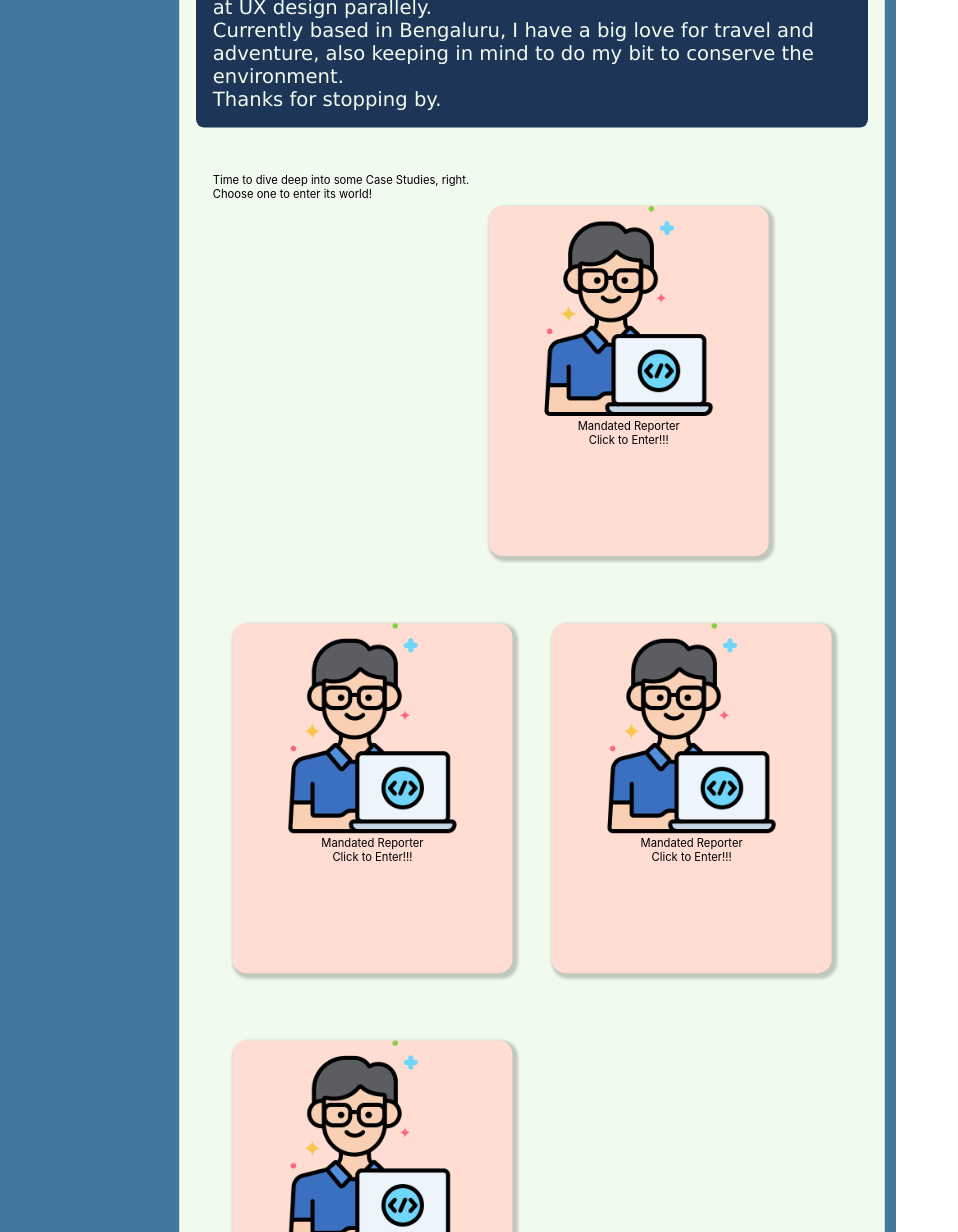
Repository: niranjangp/portfolioReact
Page: /
An editor plug-in stored every save of this project. The page is shown before and after the next save, followed by the edit.
The browser window is 1280 px wide. The page is 1368 px wide, so the pictures cover 1368 px, including what lies to the right of the window. The pictures show the part of the page from y = 905 to 2665 px (the page is 3183 px tall before and 2734 px after), at 70% of full size.
The project was rebuilt for these pictures with package versions that can differ from the ones it lists, and the page was loaded fresh each time. Also part of the build but not shown: src/pages/csOne.jsx, src/pages/notFound.jsx.

Above is the page before, as saved 2022-01-31 23:34:20.

### public/index.html
<!DOCTYPE html>
<html lang="en">
  <head>
    <meta charset="utf-8" />
    <!--<link rel="icon" href="%PUBLIC_URL%/favicon.ico" />-->
    <meta name="viewport" content="width=device-width, initial-scale=1" />
    <meta name="theme-color" content="#000000" />
    <meta
      name="description"
      content="Web site created using create-react-app"
    />
    <!--<link rel="apple-touch-icon" href="%PUBLIC_URL%/logo192.png" />-->
    <!--
      manifest.json provides metadata used when your web app is installed on a
      user's mobile device or desktop. See https://developers.google.com/web/fundamentals/web-app-manifest/
    -->
    <link rel="manifest" href="%PUBLIC_URL%/manifest.json" />
    <!--
      Notice the use of %PUBLIC_URL% in the tags above.
      It will be replaced with the URL of the `public` folder during the build.
      Only files inside the `public` folder can be referenced from the HTML.

      Unlike "/favicon.ico" or "favicon.ico", "%PUBLIC_URL%/favicon.ico" will
      work correctly both with client-side routing and a non-root public URL.
      Learn how to configure a non-root public URL by running `npm run build`.
    -->
    <title>Portfolio</title>
  </head>
  <body>
    <noscript>You need to enable JavaScript to run this app.</noscript>
    <div id="root"></div>
    <!--
      This HTML file is a template.
      If you open it directly in the browser, you will see an empty page.

      You can add webfonts, meta tags, or analytics to this file.
      The build step will place the bundled scripts into the <body> tag.

      To begin the development, run `npm start` or `yarn start`.
      To create a production bundle, use `npm run build` or `yarn build`.
    -->
  </body>
</html>

### src/index.css
body {
  margin: 0;
  font-family: -apple-system, BlinkMacSystemFont, 'Segoe UI', 'Roboto', 'Oxygen',
    'Ubuntu', 'Cantarell', 'Fira Sans', 'Droid Sans', 'Helvetica Neue',
    sans-serif;
  -webkit-font-smoothing: antialiased;
  -moz-osx-font-smoothing: grayscale;
  box-sizing: border-box;
}

code {
  font-family: source-code-pro, Menlo, Monaco, Consolas, 'Courier New',
    monospace;
}

p {
  margin: 0;
}

### src/App.js
import './App.css';

import { Route, NavLink, Switch, Redirect } from 'react-router-dom';
import EnterTheDesign from './pages/enterDesign';
import CSOne from './pages/csOne';
import NotFound from './pages/notFound';

function App() {
  const flatIconLink = "https://www.flaticon.com/free-icons/programmer";


  return (
    <div className='App'>
      <div className="containerOne">
        <nav className='navigation'>
          <div>
            <NavLink activeClassName="link-sel" to="/cs-one">1. Case Study</NavLink>
          </div>
          <div>
            <NavLink activeClassName="link-sel" to="/cs-two">Case t'w'o Study</NavLink>
          </div>
          <div>
            <NavLink activeClassName="link-sel" to="/cs-three">Case Study the third</NavLink>
          </div>
          <div>
            <NavLink activeClassName="link-sel" to="/cs-three">Case Study IV</NavLink>
          </div>


        </nav>
        <main className='mainOne'>
          <Switch>
            <Route exact path="/" ><Redirect to="/enter-the-design" /></Route>
            <Route path="/enter-the-design" ><EnterTheDesign /></Route>
            <Route exact path="/cs-one" ><CSOne /></Route>

            <Route path="*"><NotFound /></Route>
          </Switch>
          {/*<div className='firstRow'>
            <div className="width-60">
              <p className='fr-info'>NIRANJAN G P, IS A UI DEVELOPER AT DELOITTE USI</p>
            </div>
            <div className="width-40 img-block">
              <img src={avatarIcon} alt="avatar-icon" className='avtr-img' />
            </div>
          </div>
          <div className='sec-row'>
            <p>Hi, this is Niranjan.</p>
            <p>I Joined Deloitte USI as a campus recruit. Since then I've been part of many innovative and high-intensity projects, coordinating between multiple virtual teams to help complete client deliverables.</p>
            <p>I've been part of the FRONT-END community since 2017 and constantly learning and developing UI and gradually having a go at UX design parallely.</p>
            <p>Currently based in Bengaluru, I have a big love for travel and adventure, also keeping in mind to do my bit to conserve the environment.</p>
            <p>Thanks for stopping by.</p>
          </div>*/}

        </main>
        <footer>
          <div className='footer-info'>
            <p>Niranjan G P</p>
            <p>Design & Develop</p>
            <p>Please consider the Environment while printing.</p>
          </div>
          <div>
            <a href={flatIconLink} title="programmer icons">Programmer icons created by Flat Icons - Flaticon</a>
            {/*<a target="_blank" rel="noopener noreferrer" href={avatarLink}>Avatar</a> icon by <a target="_blank" rel="noopener noreferrer" href={icon8link}>Icons8</a>*/}
          </div>
        </footer>
      </div>

    </div>
  );
}

export default App;

### src/App.css
.containerOne {
  background-color: #45789d;
}

.mainOne {
  width: 75%;
  margin-left: 20%;
  background-color: #F1FAEE;
  height: 100%;
  border-radius: 1.5rem;
  padding:24px;
}

.fr-info {
  font-size: 3rem;
  font-family:'Gill Sans', 'Gill Sans MT', Calibri, 'Trebuchet MS', sans-serif;
  padding: 24px;
  color: #1d3557;
}

.firstRow {
  display: flex;
  align-items: center;
  margin-bottom: 1.5rem;
}

.width-60 {
  width: 60%;
}

.width-40 {
  width: 40%;
}

.fullWidth {
  width: 100%;
}

.img-block {
  text-align: center;
}

.sec-row {
  background-color: #1d3557;
  color: #f1faee;
  border-radius: 0.75rem;
  padding: 24px;
  font-family: 'Lucida Sans', 'Lucida Sans Regular', 'Lucida Grande', 'Lucida Sans Unicode', Geneva, Verdana, sans-serif;
  font-size: 28px;
}

.centered {
  margin: 3rem auto;
  text-align: center;
  display: flex;
  justify-content: center;
  align-items: center;
}

.linkSel {
  text-decoration: underline;
  font-weight: bold;
}

.third-row {
  display: flex;
  flex-wrap: wrap;
  padding: 64px 24px;
}

.card-box {
  width: 50%;
  text-align: center;
}

.card {
  width: 400px;
  height: 500px;
  background-color: #ffddd2;
  border-radius: 20px;
  box-shadow: 4px 4px 4px 4px rgba(0, 0, 0, 0.2);
  margin: 3rem auto;
  flex-grow: 1;
  flex-shrink: 1;
  transition: width 1s;
}

.card:hover {
  /*box-shadow: 4px 4px 4px 8px rgba(0, 0, 0, 0.2);*/
  width: 410px;
  height: 510px;
}

.card-icon {
  width: 300px;
}

.intro-cs {
  text-align: center;
  font-size: 40px;
  color: #1d3557;
}

footer {
  width: 75%;
  margin-left: 20%;
  background-color: #F1FAEE;
  height: 100%;
  border-radius: 1.5rem;
  padding:24px;
}
.footer-info {
  font-size: 1.5rem;
}

/*.containerOne {
  background-color: #F1FAEE;
}
.mainOne {
  background-color: #a8dadc;
  width: 75%;
  margin-left: 20%;
  /-*background-color: #45789d;*-/
  height: 660px;
}

.p1 {
  color: #1d3557;
}
.p2 {
  color: #f1faee;
}*/

/*.App-logo {
  height: 40vmin;
  pointer-events: none;
}

@media (prefers-reduced-motion: no-preference) {
  .App-logo {
    animation: App-logo-spin infinite 20s linear;
  }
}

.App-header {
  background-color: #282c34;
  min-height: 100vh;
  display: flex;
  flex-direction: column;
  align-items: center;
  justify-content: center;
  font-size: calc(10px + 2vmin);
  color: white;
}

.App-link {
  color: #61dafb;
}*/

@keyframes App-logo-spin {
  from {
    transform: rotate(0deg);
  }
  to {
    transform: rotate(360deg);
  }
}

### src/pages/enterDesign.jsx
import React from 'react';
import Icons from '../assets/programmer.png';

const enterDesign = () => {
    const avatarIcon = Icons;

    const navtoCardDet = () => {
        try {
            console.log('inside card det func');
        } catch (e) {
            console.log('Error in navToCardDet', e.stack());
        }
    }

    return (
        <React.Fragment>
            <div className='firstRow'>
                <div className="width-60">
                    <p className='fr-info'>NIRANJAN G P, IS A UI DEVELOPER AT DELOITTE USI</p>
                </div>
                <div className="width-40 img-block">
                    <img src={avatarIcon} alt="avatar-icon" className='avtr-img' />
                </div>
            </div>
            <div className='sec-row'>
                <p>Hi, this is Niranjan.</p>
                <p>I Joined Deloitte USI as a campus recruit. Since then I've been part of many innovative and high-intensity projects, coordinating between multiple virtual teams to help complete client deliverables.</p>
                <p>I've been part of the FRONT-END community since 2017 and constantly learning and developing UI and gradually having a go at UX design parallely.</p>
                <p>Currently based in Bengaluru, I have a big love for travel and adventure, also keeping in mind to do my bit to conserve the environment.</p>
                <p>Thanks for stopping by.</p>
            </div>
            <div className='third-row'>
                <div>
                    <p>Time to dive deep into some Case Studies, right.</p>
                    <p>Choose one to enter its world!</p>
                </div>
                <div className='card-box'>
                    <div className="card" onClick={navtoCardDet} id="">
                        <img src={avatarIcon} alt="card-icon" className='card-icon' />
                        <p>Mandated Reporter</p>
                        <p>Click to Enter!!!</p>
                    </div>
                </div>
                <div className='card-box'>
                    <div className="card" onClick={navtoCardDet}>
                        <img src={avatarIcon} alt="card-icon" className='card-icon' />
                        <p>Mandated Reporter</p>
                        <p>Click to Enter!!!</p>
                    </div>
                </div>
                <div className='card-box'>
                    <div className="card" onClick={navtoCardDet}>
                        <img src={avatarIcon} alt="card-icon" className='card-icon' />
                        <p>Mandated Reporter</p>
                        <p>Click to Enter!!!</p>
                    </div>
                </div>
                <div className='card-box'>
                    <div className="card" onClick={navtoCardDet}>
                        <img src={avatarIcon} alt="card-icon" className='card-icon' />
                        <p>Mandated Reporter</p>
                        <p>Click to Enter!!!</p>
                    </div>
                </div>
            </div>
        </React.Fragment>
    )
};

export default enterDesign;

Loaded but not shown: src/index.js (common file); src/reportWebVitals.js (common file)

After the next save:
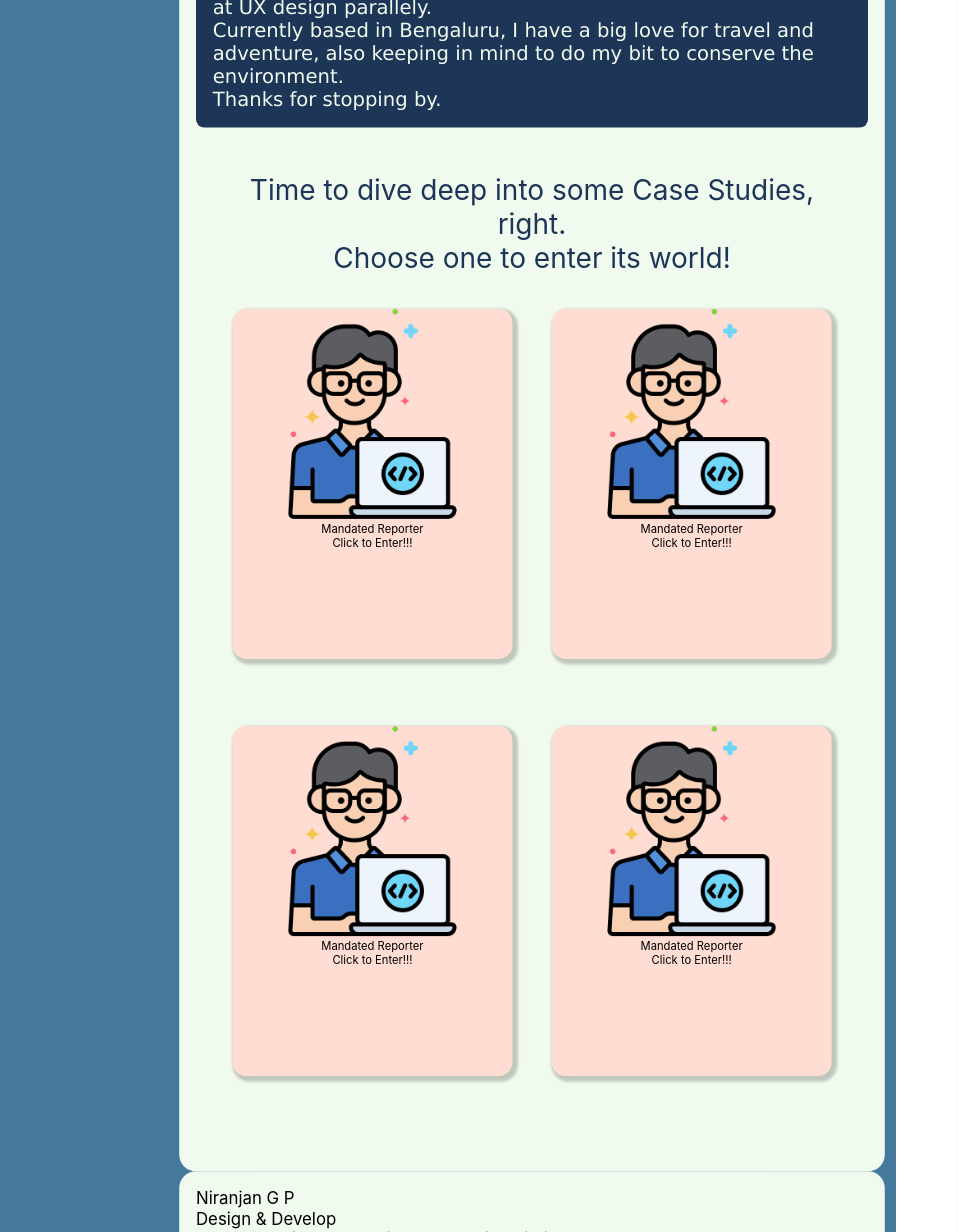
Saved 4 s later.
--- a/src/pages/enterDesign.jsx
+++ b/src/pages/enterDesign.jsx
@@ -30,7 +30,7 @@ const enterDesign = () => {
                 <p>Thanks for stopping by.</p>
             </div>
             <div className='third-row'>
-                <div>
+                <div className='fullWidth intro-cs'>
                     <p>Time to dive deep into some Case Studies, right.</p>
                     <p>Choose one to enter its world!</p>
                 </div>
